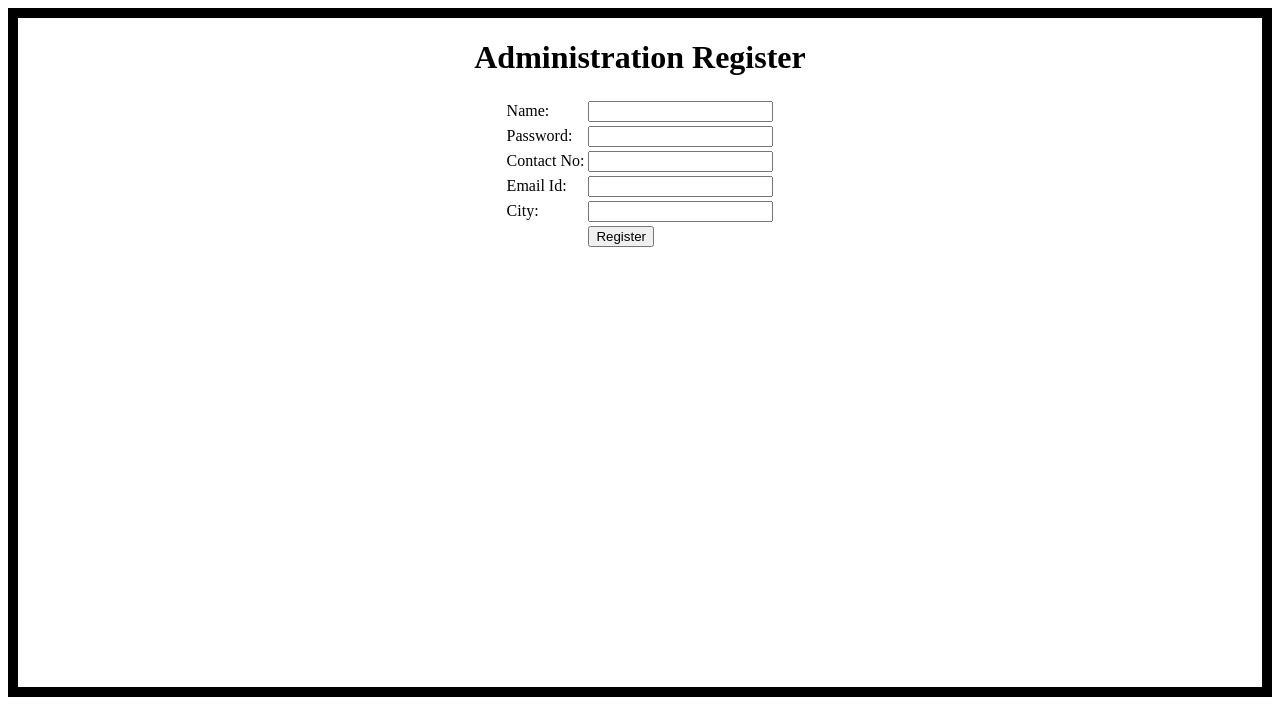
Repository: priyankagit8692/Phase_2_SimpliLearn-
Page: http://localhost/LearnerAcademyProject/AdminRegistration.jsp
The author's editor kept a copy of each file at every save. The page is drawn from the files as they stood at one save, then again after the next save.
The browser window is 1280 px wide. The pictures show the whole page.
The page is served by Tomcat 9. Other server files are loaded and not shown.

Above is the page before, as saved 2021-03-20 15:39:56.

### FinalProjectPhase2/LearnerAcademyProject/WebContent/AdminRegistration.jsp
<%@ page contentType="text/html;charset=UTF-8" language="java" %>
<%@ taglib uri="http://java.sun.com/jsp/jstl/core" prefix="c" %>
<html>
<head>
<meta charset="ISO-8859-1">
<title>Administration Register</title>
</head>
<body>

	<div align='center' style='border: solid 10px black; height: 95%'>
	   <h1>Administration Register</h1>
	   <form method="post" action="adminRegister">
	   		<table>
	   			<tr>
	   			<td>Name:</td>
	   			<td><input type="text" name="adminName"></td>
	   			</tr>
	   			<tr>
	   			<td>Password:</td>
	   			<td><input type="password" name="adminPassword"></td>
	   			</tr>
	   			<tr>
	   			<td>Contact No:</td>
	   			<td><input type="text" name="adminContact"></td>
	   			</tr>
	   			<tr>
	   			<td>Email Id:</td>
	   			<td><input type="text" name="adminEmail"></td>
	   			</tr>
	   			<tr>
	   			<td>City:</td>
	   			<td><input type="text" name="adminCity"></td>
	   			</tr>
	   			<tr>
                <td></td>
                <td>
                    <button type="submit">Register</button>
                </td>
               </tr>
        </table>
        <c:if test="${not empty msg}">
            <c:out value="${msg}"/>
        </c:if>
	   		</table>
	   </form>
	</div>
</body>
</html>

After the next save:
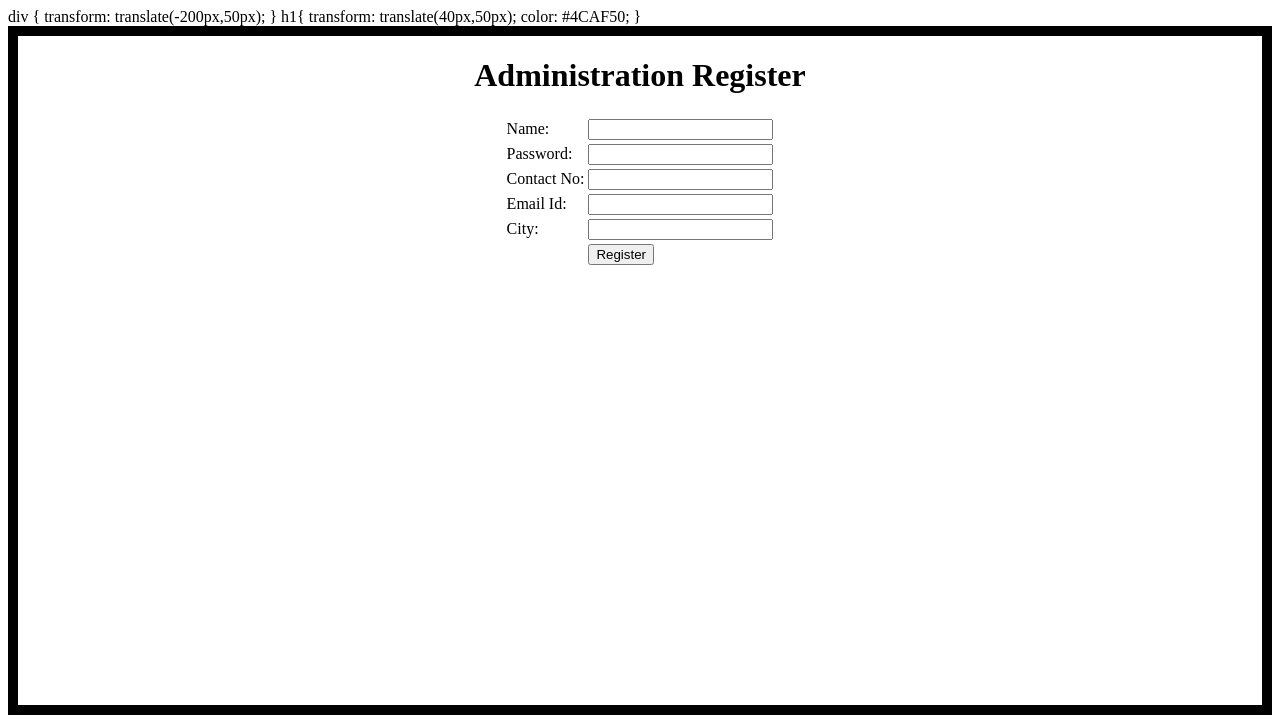
Saved 89 s later.
--- a/FinalProjectPhase2/LearnerAcademyProject/WebContent/AdminRegistration.jsp
+++ b/FinalProjectPhase2/LearnerAcademyProject/WebContent/AdminRegistration.jsp
@@ -4,6 +4,14 @@
 <head>
 <meta charset="ISO-8859-1">
 <title>Administration Register</title>
+
+div {
+  transform: translate(-200px,50px);
+}
+h1{
+  transform: translate(40px,50px);
+  color: #4CAF50;
+}
 </head>
 <body>
 
